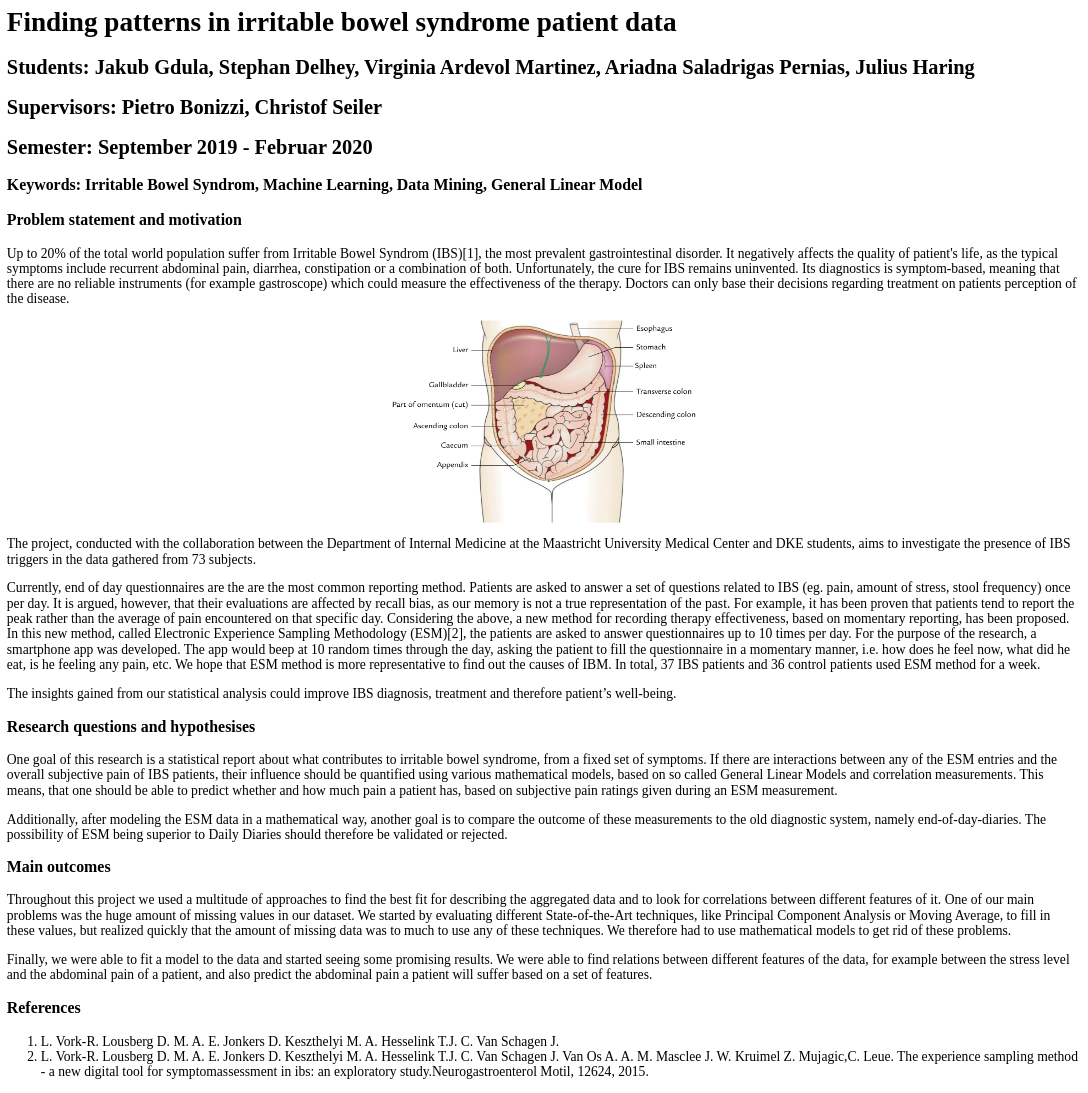
Repository: JuliusHaring/ESM
Page: laymen.html
These files come from the project's save history. The page is drawn as it stood at one moment and after the next save; the edit follows.
The browser window is 1280 px wide. The pictures show the whole page, at 85% of full size.

Above is the page before, as saved 2019-11-25 15:00:21.

After the next save:
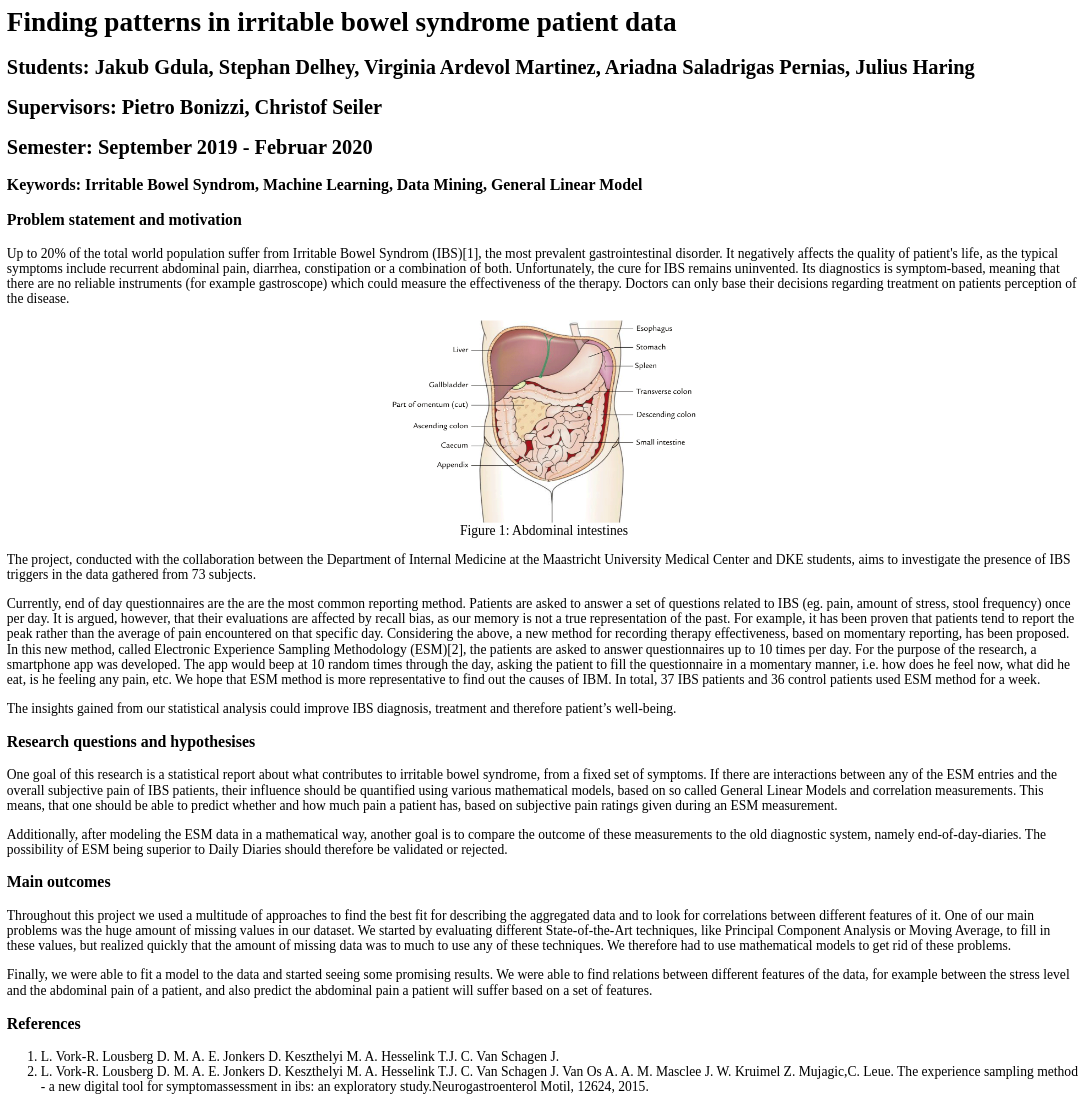
Saved 51 s later.
--- a/laymen.html
+++ b/laymen.html
@@ -11,6 +11,9 @@
 
         <figure style="text-align: center;">
             <img width="30%" src="abdominal-cavity.png" alt="">
+            <figcaption>
+                Figure 1:  Abdominal intestines
+            </figcaption>
         </figure>
 
         <p>The project, conducted with the collaboration between the Department of Internal Medicine at the Maastricht University Medical Center and DKE students, aims to investigate the presence of IBS triggers in the data gathered from 73 subjects.</p>
